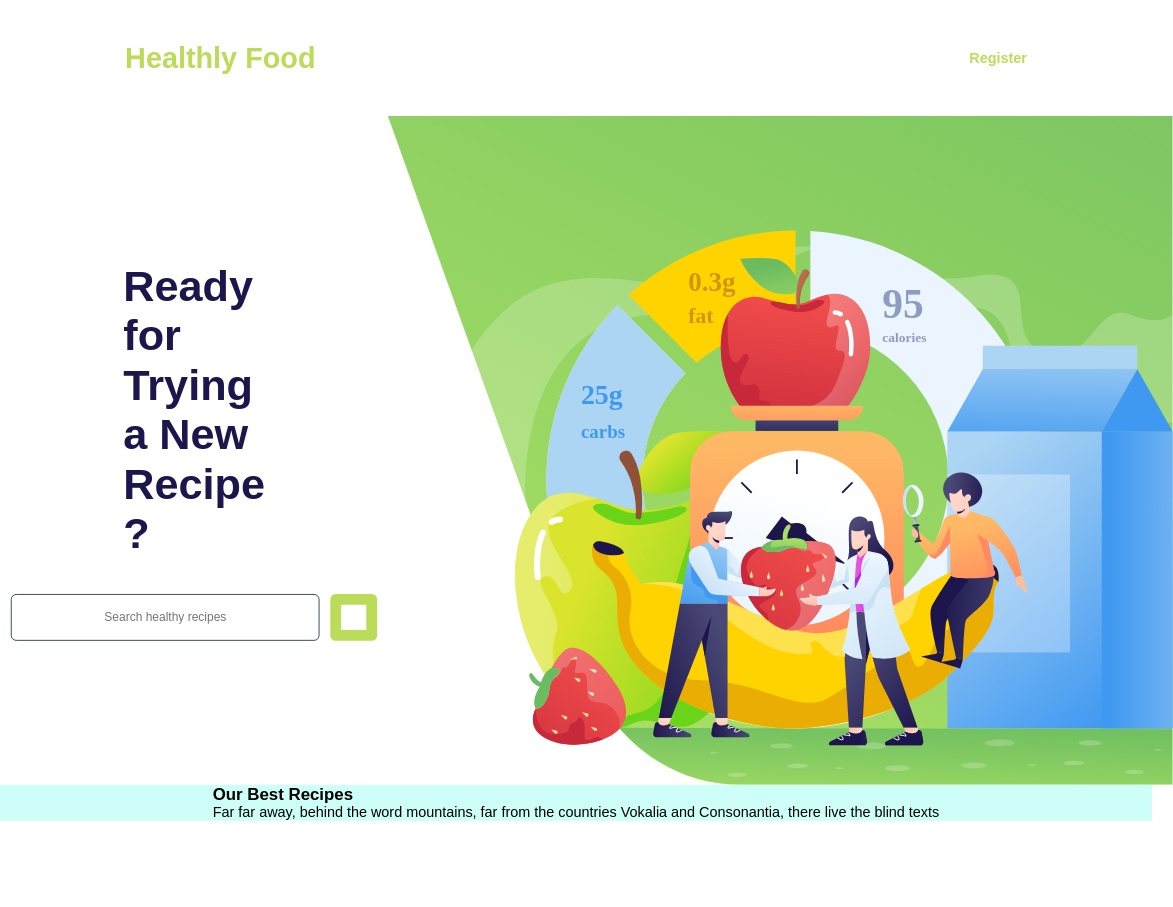
Repository: LuccaCasalecchi/HealthyFood
Page: /
The author's editor kept a copy of each file at every save. The page is drawn from the files as they stood at one save, then again after the next save.
The browser window is 1280 px wide. The page is 1303 px wide, then 1280 px, so the pictures cover 1303 px, including what lies to the right of the window. The pictures show the whole page, at 90% of full size.
The project was rebuilt for these pictures with package versions that can differ from the ones it lists, and the page was loaded fresh each time.

Above is the page before, as saved 2021-08-18 16:02:15.

### src/App.js
import React from 'react'
import LandingPage from './pages/LandingPage/LandingPage';

function App() {
  return (
    <div className="App">
      <LandingPage/>
    </div>
  );
}

export default App;

### src/pages/LandingPage/LandingPage.jsx
import React from "react";
import Header from "../../components/Header/Header";
import Illustration from "../../images/Illustration.svg";
import Input from "../../components/Input/Input";
import "./LandingPage.css";
import Recipes from "../../components/Recipes/Recipes";

export default function LandingPage() {
  return (
    <>
      <Header />
      <div className="search-recipes">
        <div className="subtitle">
          <h2>Ready for<br />Trying a New<br />Recipe ?</h2>
          <div className="input-container">
          <Input/>
          </div>
        </div>
        <img src={Illustration} alt="" />
      </div>
      <Recipes/>
    </>
  );
}

### src/components/Header/Header.jsx
import React from 'react'
import './Header.css'

export default function Header() {
  return (
    <div className="header-container">
        <a href="#" className="logo">Healthly Food</a>
        <a href="#" className="register">Register</a>
    </div>
  )
}

### src/components/Input/Input.jsx
import React from 'react'
import './Input.css'

export default function Input() {
  return (
    <div className="input-container">
      <input
      type="text"
      placeholder="Search healthy recipes"/>

      <button></button>
    </div>
  )
}

### src/pages/LandingPage/LandingPage.css
* {
  margin: 0;
  padding: 0;
  box-sizing: border-box;
  font-family: sans-serif;
}

.search-recipes {
  display: flex;
  justify-content: space-between;
  align-items: center;
}

.subtitle {
  display: flex;
  justify-content: center;
  align-items: center;
  flex-direction: column;
}

.subtitle h2 {
  font-size: 48px;
  color: #1d164d;
  text-align: left;
  padding: 0px 137px 40px;
}

### src/components/Recipes/Recipes.jsx
import React from "react";
import './Recipes.css'

export default function Recipes() {
  return (
    <div className="recipes-container">
      <div className="titles">
        <h3>Our Best Recipes</h3>
        <p>
          Far far away, behind the word mountains, far from the countries
          Vokalia and Consonantia, there live the blind texts
        </p>
      </div>
    </div>
  );
}

### src/components/Header/Header.css
.header-container{
  display: flex;
  justify-content: space-between;
  align-items: center;
  padding: 46px 0;
}

.header-container a {
  text-decoration: none;
  color: #BADC58;
  font-weight: 700;
  padding: 0 139px;
}

.header-container .logo{
  font-size: 32px;

}

.header-container .register{
  font-size: 16px;

}

### src/components/Input/Input.css
.input-container{
  display: flex;
  justify-content: center;
  align-items: center;
  padding: 0px;
}

input{
  width: 343px;
  height: 52px;
  border-radius: 6px;
  border: 1px solid #2D3561;
  text-align: center;
}

button{
  width: 52px;
  height: 52px;
  background-color: white;
  border: 12px solid #BADC58;
  border-radius: 6px;
  padding: 0px 12px;
  margin-left: 12px;
}

### src/components/Recipes/Recipes.css
.recipes-container{
  background-color: rgb(205, 255, 248);
  width: 100%;
  display: flex;
  flex-direction: column;
  align-items: center;
  margin-bottom: 6rem;
}

Loaded but not shown: public/index.html (common file); src/index.js (common file)

After the next save:
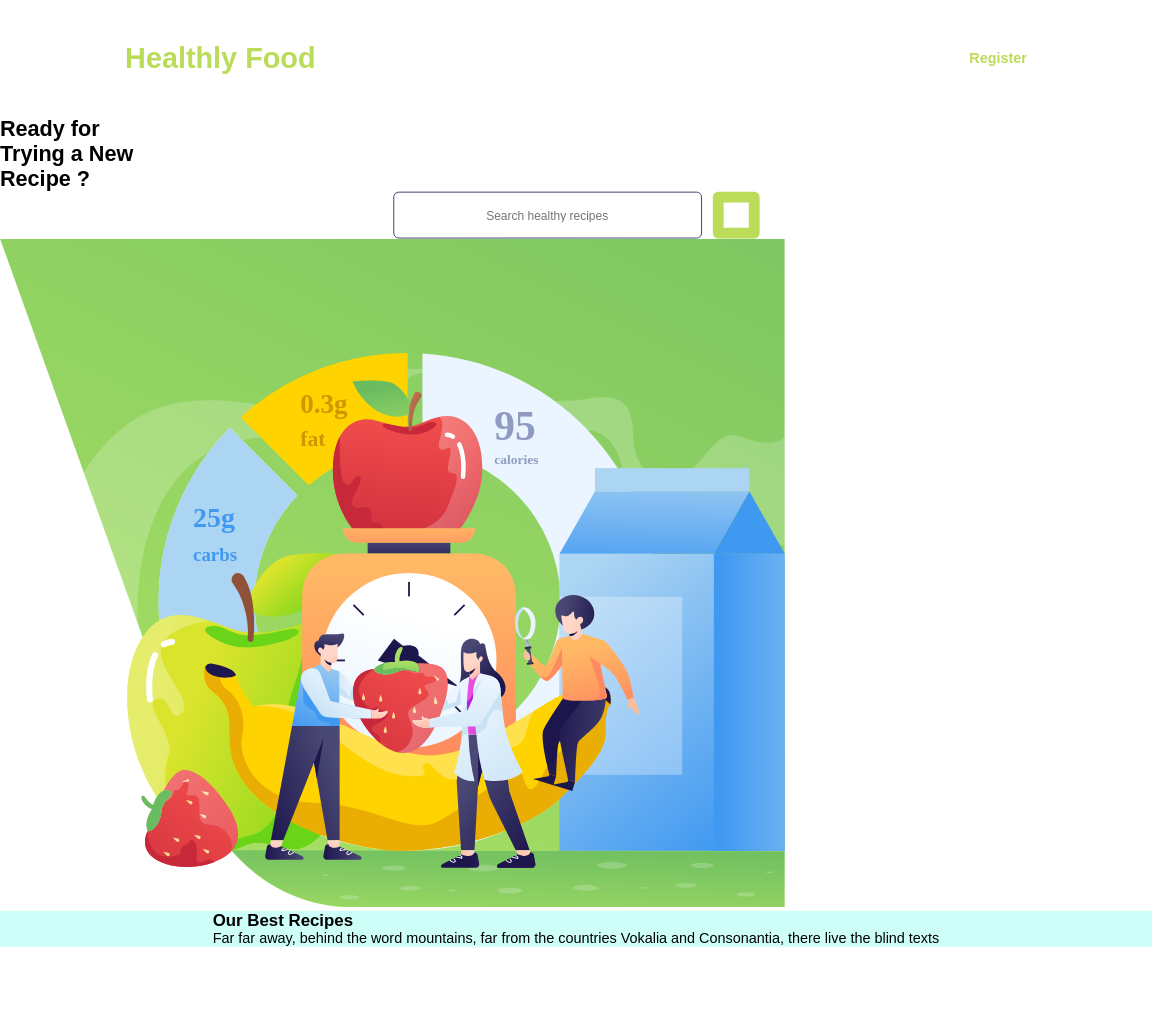
Saved 36 s later.
--- a/src/pages/LandingPage/LandingPage.css
+++ b/src/pages/LandingPage/LandingPage.css
@@ -4,23 +4,3 @@
   box-sizing: border-box;
   font-family: sans-serif;
 }
-
-.search-recipes {
-  display: flex;
-  justify-content: space-between;
-  align-items: center;
-}
-
-.subtitle {
-  display: flex;
-  justify-content: center;
-  align-items: center;
-  flex-direction: column;
-}
-
-.subtitle h2 {
-  font-size: 48px;
-  color: #1d164d;
-  text-align: left;
-  padding: 0px 137px 40px;
-}
